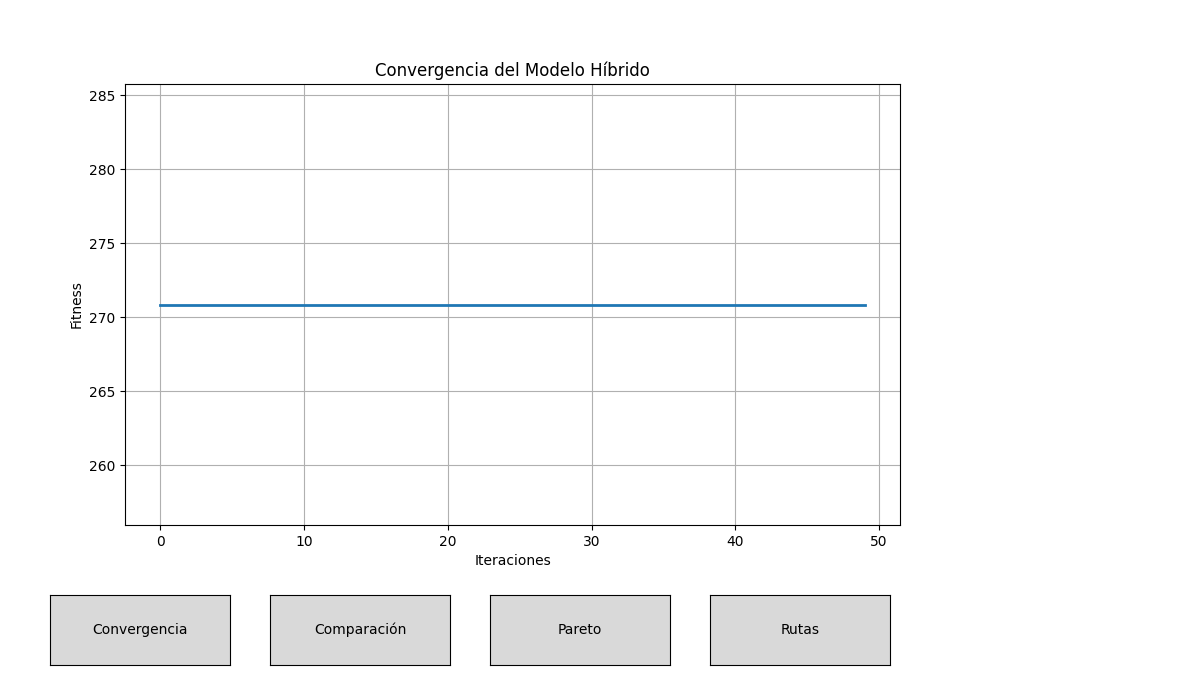
Repository: RIAJ15/IntelRR-Sistema-de-Optimizacion-basado-en-Algoritmos-Metaheuristicos-Hibridos
Script's output: python main.py
An editor plug-in stored every save of this project. The script's output is shown before and after the next save, followed by the edit.
Random numbers start from a fixed seed.

Above is the script's output before, as saved 2026-05-16 11:12:37.

### main.py
from data.ciudades import generar_ciudades, calcular_distancia, generar_costo_tiempo
from algorithms.hybrid import modelo_hibrido
from algorithms.nsga2 import nsga2
from visualization.dashboard import Dashboard
from utils.metrics import desviacion_estandar, promedio
from config import *
import time


# ============================================================
# GENERACIÓN DE DATOS DEL PROBLEMA
# ============================================================

# Se generan las ciudades y matrices del problema
ciudades = generar_ciudades(NUM_CIUDADES)
distancia = calcular_distancia(ciudades)
costo, tiempo_m = generar_costo_tiempo(NUM_CIUDADES)


# ============================================================
# PRUEBA INDIVIDUAL PARA VISUALIZACIÓN
# ============================================================

# NSGA-II
inicio = time.time()
frente_nsga, hist_nsga = nsga2(NUM_CIUDADES, distancia, costo, tiempo_m)
tiempo_nsga = time.time() - inicio

# Modelo híbrido
inicio = time.time()
frente_hibrido, hist_hibrido = modelo_hibrido(NUM_CIUDADES, distancia, costo, tiempo_m)
tiempo_hibrido = time.time() - inicio


# ============================================================
# BENCHMARKING (PRUEBAS REPETIDAS)
# ============================================================

"""
Se ejecutan múltiples pruebas para obtener métricas más confiables
y evitar conclusiones basadas en una sola ejecución.
"""

NUM_PRUEBAS = 10

tiempos_nsga = []
tiempos_hibrido = []

fitness_nsga = []
fitness_hibrido = []

for _ in range(NUM_PRUEBAS):

    # -------------------------
    # NSGA-II
    # -------------------------
    inicio = time.time()
    frente, _ = nsga2(NUM_CIUDADES, distancia, costo, tiempo_m)
    tiempos_nsga.append(time.time() - inicio)

    mejor_nsga = min(sum(r["fitness"]) for r in frente)
    fitness_nsga.append(mejor_nsga)

    # -------------------------
    # HÍBRIDO
    # -------------------------
    inicio = time.time()
    frente, _ = modelo_hibrido(NUM_CIUDADES, distancia, costo, tiempo_m)
    tiempos_hibrido.append(time.time() - inicio)

    mejor_h = min(sum(r["fitness"]) for r in frente)
    fitness_hibrido.append(mejor_h)


# ============================================================
# RESULTADOS
# ============================================================

print("\n=== RESULTADOS NSGA-II ===")
for r in frente_nsga:
    print(r["fitness"])

print("\n=== RESULTADOS MODELO HÍBRIDO ===")
for r in frente_hibrido:
    print(r["fitness"])


# ============================================================
# MÉTRICAS DE RENDIMIENTO
# ============================================================

print("\n========== MÉTRICAS ==========")

print("Tiempo promedio NSGA-II:", promedio(tiempos_nsga))
print("Tiempo promedio Híbrido:", promedio(tiempos_hibrido))

print("Mejor fitness promedio NSGA-II:", promedio(fitness_nsga))
print("Mejor fitness promedio Híbrido:", promedio(fitness_hibrido))

print("Desviación estándar NSGA-II:", desviacion_estandar(fitness_nsga))
print("Desviación estándar Híbrido:", desviacion_estandar(fitness_hibrido))


# ============================================================
# DASHBOARD INTERACTIVO
# ============================================================

Dashboard(
    hist_nsga,
    hist_hibrido,
    frente_hibrido,
    ciudades
)

### data/ciudades.py
import random
import math

import random
import math


def generar_ciudades(n):
    """
    Genera ciudades distribuidas tipo cuadrícula urbana.
    """

    ciudades = []

    columnas = int(math.sqrt(n))
    espacio = 20

    for i in range(n):
        fila = i // columnas
        columna = i % columnas

        x = columna * espacio + random.uniform(-3, 3)
        y = fila * espacio + random.uniform(-3, 3)

        ciudades.append((x, y))

    return ciudades

def calcular_distancia(ciudades):
    """
    Calcula la distancia entre todas las ciudades usando distancia euclidiana.

    Parámetros:
        ciudades (list): Lista de coordenadas.

    Retorna:
        list[list]: Matriz de distancias.
    """
    n = len(ciudades)
    matriz = [[0]*n for _ in range(n)]

    for i in range(n):
        for j in range(n):
            x1, y1 = ciudades[i]
            x2, y2 = ciudades[j]
            matriz[i][j] = math.sqrt((x1 - x2)**2 + (y1 - y2)**2)

    return matriz

def generar_costo_tiempo(n):
    """
    Genera matrices de costo y tiempo de forma aleatoria.

    Parámetros:
        n (int): Número de ciudades.

    Retorna:
        tuple: (costo, tiempo)
    """
    costo = [[random.uniform(1, 10) for _ in range(n)] for _ in range(n)]
    tiempo = [[random.uniform(1, 10) for _ in range(n)] for _ in range(n)]

    return costo, tiempo

### algorithms/hybrid.py
from algorithms.nsga2 import nsga2
from algorithms.pso import pso_mejorar

# =========================
# MODELO HÍBRIDO
# =========================
def modelo_hibrido(n, distancia, costo, tiempo):
    """
    Ejecuta el modelo híbrido NSGA-II + PSO.

    Flujo:
    1. Se obtiene un conjunto de soluciones con NSGA-II.
    2. Se refinan esas soluciones utilizando PSO.

    Parámetros:
        n (int): Número de ciudades.
        distancia (matrix): Matriz de distancias.
        costo (matrix): Matriz de costos.
        tiempo (matrix): Matriz de tiempos.

    Retorna:
        tuple:
            - soluciones mejoradas
            - historial de convergencia
    """
    # =========================
    # FASE 1: NSGA-II
    # =========================
    frente, historial = nsga2(n, distancia, costo, tiempo)

    # =========================
    # FASE 2: PSO (REFINAMIENTO)
    # =========================
    mejorado = pso_mejorar(frente, distancia, costo, tiempo)

    return mejorado, historial

### algorithms/nsga2.py
import random
from utils.fitness import evaluar_ruta
from utils.pareto import clasificar_pareto
from config import *

# =========================
# CREACIÓN DE INDIVIDUO
# =========================
def crear_individuo(n):
    """Genera una ruta aleatoria."""
    ruta = list(range(n))
    random.shuffle(ruta)
    return ruta

# =========================
# CREACIÓN DE POBLACIÓN
# =========================
def crear_poblacion(n, size):
    """Genera la población inicial."""
    return [crear_individuo(n) for _ in range(size)]

# =========================
# EVALUACIÓN DE POBLACIÓN
# =========================
def evaluar_poblacion(poblacion, distancia, costo, tiempo):
    """Evalúa cada individuo con la función de fitness."""
    individuos = []
    for ruta in poblacion:
        fitness = evaluar_ruta(ruta, distancia, costo, tiempo)
        individuos.append({
            "ruta": ruta,
            "fitness": fitness
        })
    return individuos

# =========================
# CRUCE
# =========================
def cruce(padre1, padre2):
    """Combina dos individuos para generar uno nuevo."""
    punto = random.randint(1, len(padre1)-2)
    hijo = padre1[:punto]

    for gen in padre2:
        if gen not in hijo:
            hijo.append(gen)

    return hijo

# =========================
# MUTACIÓN
# =========================
def mutacion(ruta):
    """Realiza un intercambio aleatorio en la ruta."""
    if random.random() < PROB_MUTACION:
        i, j = random.sample(range(len(ruta)), 2)
        ruta[i], ruta[j] = ruta[j], ruta[i]
    return ruta

# =========================
# GENERAR NUEVA POBLACIÓN
# =========================
def generar_nueva_poblacion(poblacion):
    """Genera nueva población aplicando cruce y mutación."""
    nueva = []

    if len(poblacion) < 2:
        return [poblacion[0]["ruta"][:] for _ in range(POBLACION_SIZE)]

    while len(nueva) < POBLACION_SIZE:
        p1, p2 = random.sample(poblacion, 2)
        hijo = cruce(p1["ruta"], p2["ruta"])
        hijo = mutacion(hijo)
        nueva.append(hijo)

    return nueva

# =========================
# ALGORITMO NSGA-II
# =========================
def nsga2(n, distancia, costo, tiempo):
    """
    Ejecuta NSGA-II con elitismo y evaluación multiobjetivo.
    """

    poblacion = crear_poblacion(n, POBLACION_SIZE)
    historial = []

    for _ in range(GENERACIONES):

        # Evaluación
        evaluados = evaluar_poblacion(poblacion, distancia, costo, tiempo)

        # Clasificación por Pareto
        frentes = clasificar_pareto(evaluados)
        mejor_frente = frentes[0]

        # Registro de convergencia
        historial.append(min(f["fitness"][0] for f in mejor_frente))

        # =========================
        # ELITISMO
        # =========================

        elite = mejor_frente
        elite = sorted(elite, key=lambda x: sum(x["fitness"]))

        nueva = generar_nueva_poblacion(evaluados)

        elite_rutas = [e["ruta"] for e in elite]

        if len(elite_rutas) >= POBLACION_SIZE:
            poblacion = elite_rutas[:POBLACION_SIZE]
        else:
            poblacion = elite_rutas + nueva[:POBLACION_SIZE - len(elite_rutas)]

    return frentes[0], historial

### utils/fitness.py
def evaluar_ruta(ruta, distancia, costo, tiempo):
    """
    Evalúa una ruta en términos de distancia, costo y tiempo.

    Parámetros:
        ruta (list): orden de ciudades
        distancia (matrix)
        costo (matrix)
        tiempo (matrix)

    Retorna:
        tuple: (distancia_total, costo_total, tiempo_total)
    """

    dist_total = 0
    costo_total = 0
    tiempo_total = 0

    for i in range(len(ruta) - 1):
        a = ruta[i]
        b = ruta[i + 1]

        dist_total += distancia[a][b]
        costo_total += costo[a][b]
        tiempo_total += tiempo[a][b]

    return dist_total, costo_total, tiempo_total

### utils/pareto.py
def domina(a, b):
    """
    Verifica si la solución a domina a b
    """
    return all(x <= y for x, y in zip(a, b)) and any(x < y for x, y in zip(a, b))

def clasificar_pareto(poblacion):
    """
    Clasifica soluciones en frentes de Pareto
    """
    frentes = []
    poblacion_restante = poblacion[:]

    while poblacion_restante:
        frente = []
        for p in poblacion_restante:
            if not any(domina(q['fitness'], p['fitness']) for q in poblacion_restante):
                frente.append(p)

        frentes.append(frente)
        poblacion_restante = [p for p in poblacion_restante if p not in frente]

    return frentes

### config.py
# =========================
# PARÁMETROS DEL PROBLEMA
# =========================

# Número de ciudades (tamaño del problema)
NUM_CIUDADES = 10

# =========================
# PARÁMETROS DEL ALGORITMO GENÉTICO (NSGA-II)
# =========================

# Tamaño de la población
POBLACION_SIZE = 20

# Número de generaciones (iteraciones)
GENERACIONES = 50

# Probabilidad de cruce entre individuos
PROB_CRUCE = 0.8

# Probabilidad de mutación (intercambio de genes)
PROB_MUTACION = 0.2

# =========================
# PARÁMETROS DEL PSO (ENJAMBRE)
# =========================

# Peso de inercia (influencia del estado actual)
W = 0.5

# Coeficiente cognitivo (influencia de la mejor solución individual - pBest)
C1 = 1.5

# Coeficiente social (influencia de la mejor solución global - gBest)
C2 = 1.5

### algorithms/pso.py
import random
from utils.fitness import evaluar_ruta
from config import W, C1, C2


def obtener_swaps(ruta1, ruta2):
    """
    Genera una secuencia de swaps para transformar ruta1 en ruta2.
    """
    swaps = []
    r1 = ruta1[:]
    for i in range(len(r1)):
        if r1[i] != ruta2[i]:
            j = r1.index(ruta2[i])
            swaps.append((i, j))
            r1[i], r1[j] = r1[j], r1[i]
    return swaps


def aplicar_swaps(ruta, swaps):
    """
    Aplica una lista de swaps a una ruta.
    """
    nueva = ruta[:]
    for i, j in swaps:
        nueva[i], nueva[j] = nueva[j], nueva[i]
    return nueva


def pso_mejorar(soluciones, distancia, costo, tiempo):
    """
    PSO adaptado a problema discreto usando swaps como "velocidad".
    """

    particulas = []

    # Inicialización
    for s in soluciones:
        particulas.append({
            "ruta": s["ruta"][:],
            "fitness": s["fitness"],
            "pbest": s["ruta"][:],
            "pbest_fit": s["fitness"],
            "velocidad": []  # lista de swaps
        })

    # Mejor global
    gbest = min(particulas, key=lambda x: sum(x["fitness"]))

    for _ in range(10):
        for p in particulas:

            # ===== ECUACIÓN DE VELOCIDAD (ADAPTADA) =====
            # v = w*v + c1*(pBest - x) + c2*(gBest - x)

            swaps_pbest = obtener_swaps(p["ruta"], p["pbest"])
            swaps_gbest = obtener_swaps(p["ruta"], gbest["ruta"])

            nueva_velocidad = []

            # Inercia
            for swap in p["velocidad"]:
                if random.random() < W:
                    nueva_velocidad.append(swap)

            # Componente cognitivo
            for swap in swaps_pbest:
                if random.random() < C1:
                    nueva_velocidad.append(swap)

            # Componente social
            for swap in swaps_gbest:
                if random.random() < C2:
                    nueva_velocidad.append(swap)

            p["velocidad"] = nueva_velocidad

            # ===== ECUACIÓN DE POSICIÓN =====
            # x = x + v

            nueva_ruta = aplicar_swaps(p["ruta"], p["velocidad"])

            nuevo_fit = evaluar_ruta(nueva_ruta, distancia, costo, tiempo)

            # Actualizar estado
            p["ruta"] = nueva_ruta
            p["fitness"] = nuevo_fit

            # Actualizar pBest
            if sum(nuevo_fit) < sum(p["pbest_fit"]):
                p["pbest"] = nueva_ruta[:]
                p["pbest_fit"] = nuevo_fit

        # Actualizar gBest
        gbest = min(particulas, key=lambda x: sum(x["fitness"]))

    return [{"ruta": p["ruta"], "fitness": p["fitness"]} for p in particulas]

### visualization/dashboard.py
import matplotlib.pyplot as plt
from matplotlib.widgets import Button


class Dashboard:
    def __init__(self, hist_nsga, hist_hibrido, frente, ciudades):
        self.hist_nsga = hist_nsga
        self.hist_hibrido = hist_hibrido
        self.frente = frente
        self.ciudades = ciudades

        self.fig, self.ax = plt.subplots(figsize=(10, 7))
        plt.subplots_adjust(bottom=0.25)

        # Botones
        ax_btn1 = plt.axes([0.05, 0.05, 0.18, 0.1])
        ax_btn2 = plt.axes([0.27, 0.05, 0.18, 0.1])
        ax_btn3 = plt.axes([0.49, 0.05, 0.18, 0.1])
        ax_btn4 = plt.axes([0.71, 0.05, 0.18, 0.1])

        self.btn1 = Button(ax_btn1, 'Convergencia')
        self.btn2 = Button(ax_btn2, 'Comparación')
        self.btn3 = Button(ax_btn3, 'Pareto')
        self.btn4 = Button(ax_btn4, 'Rutas')

        self.btn1.on_clicked(self.mostrar_convergencia)
        self.btn2.on_clicked(self.mostrar_comparacion)
        self.btn3.on_clicked(self.mostrar_pareto)
        self.btn4.on_clicked(self.mostrar_rutas)

        self.mostrar_convergencia(None)

        plt.show()

    def limpiar(self):
        self.ax.clear()

    def mostrar_convergencia(self, event):
        self.limpiar()

        self.ax.plot(self.hist_hibrido, linewidth=2)
        self.ax.set_title("Convergencia del Modelo Híbrido")
        self.ax.set_xlabel("Iteraciones")
        self.ax.set_ylabel("Fitness")
        self.ax.grid(True)

        self.fig.canvas.draw()

    def mostrar_comparacion(self, event):
        self.limpiar()

        self.ax.plot(self.hist_nsga, label="NSGA-II", linewidth=2)
        self.ax.plot(self.hist_hibrido, label="Híbrido", linewidth=2)

        self.ax.set_title("Comparación de Convergencia")
        self.ax.set_xlabel("Iteraciones")
        self.ax.set_ylabel("Fitness")
        self.ax.legend()
        self.ax.grid(True)

        self.fig.canvas.draw()

    def mostrar_pareto(self, event):
        """
        Pareto corregido.
        """
        self.limpiar()

        if not self.frente:
            return

        x = [sol["fitness"][0] for sol in self.frente]
        y = [sol["fitness"][1] for sol in self.frente]

        self.ax.scatter(x, y, s=100)

        for i, (xi, yi) in enumerate(zip(x, y)):
            self.ax.text(xi, yi, f"S{i}", fontsize=8)

        self.ax.set_title("Frente de Pareto")
        self.ax.set_xlabel("Distancia")
        self.ax.set_ylabel("Costo")
        self.ax.grid(True)

        self.fig.canvas.draw()

    def ruta_ortogonal(self, ruta):
        """
        Convierte una ruta en trazos tipo calles (horizontal + vertical).
        """
        xs = []
        ys = []

        for i in range(len(ruta) - 1):
            x1, y1 = self.ciudades[ruta[i]]
            x2, y2 = self.ciudades[ruta[i + 1]]

            xs.extend([x1, x2, x2])
            ys.extend([y1, y1, y2])

        return xs, ys

    def mostrar_rutas(self, event):
        """
        Muestra múltiples rutas y resalta la mejor.
        """
        self.limpiar()

        # dibujar ciudades
        x_ciudades = [c[0] for c in self.ciudades]
        y_ciudades = [c[1] for c in self.ciudades]

        self.ax.scatter(x_ciudades, y_ciudades, s=120)

        for i, (x, y) in enumerate(self.ciudades):
            self.ax.text(x, y, str(i), fontsize=9)

        # rutas candidatas
        for sol in self.frente[:5]:
            xs, ys = self.ruta_ortogonal(sol["ruta"])
            self.ax.plot(xs, ys, alpha=0.3)

        # mejor solución
        mejor = min(self.frente, key=lambda s: sum(s["fitness"]))
        xs, ys = self.ruta_ortogonal(mejor["ruta"])

        self.ax.plot(xs, ys, linewidth=3, label="Mejor ruta")

        self.ax.set_title("Rutas Candidatas y Mejor Solución")
        self.ax.legend()
        self.ax.grid(True)

        self.fig.canvas.draw()

### utils/metrics.py
import time
import numpy as np

def medir_tiempo(func):
    """
    Mide el tiempo de ejecución de una función.

    Parámetros:
        func (function): Función a evaluar.

    Retorna:
        tuple:
            - resultado de la función
            - tiempo de ejecución en segundos
    """
    inicio = time.time()
    resultado = func()
    fin = time.time()
    return resultado, fin - inicio

def desviacion_estandar(valores):
    """
    Calcula la desviación estándar de un conjunto de valores.

    Esta métrica permite evaluar la estabilidad y robustez del algoritmo
    a través de múltiples ejecuciones.

    Parámetros:
        valores (list): Lista de valores numéricos.

    Retorna:
        float: Desviación estándar.
    """
    return np.std(valores)


def promedio(valores):
    """
    Calcula el promedio de un conjunto de valores.

    Parámetros:
        valores (list): Lista de valores numéricos.

    Retorna:
        float: Valor promedio.
    """
    return np.mean(valores)

After the next save:
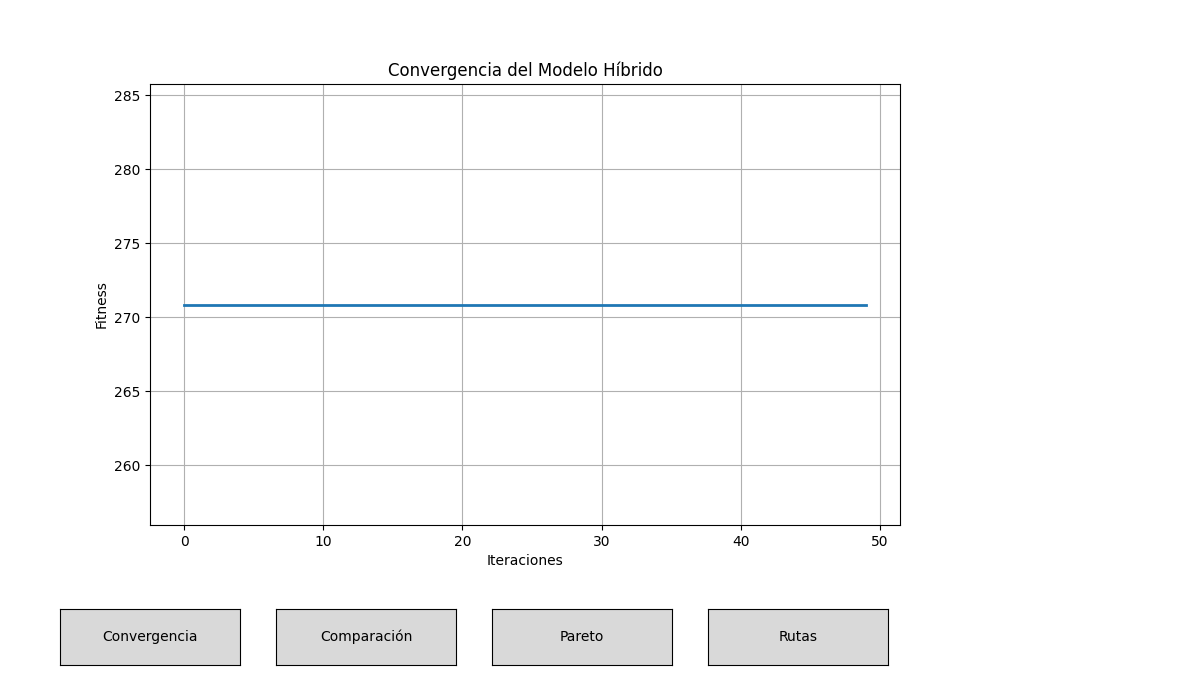
Saved 7 min 56 s later.
--- a/visualization/dashboard.py
+++ b/visualization/dashboard.py
@@ -3,20 +3,26 @@ from matplotlib.widgets import Button
 
 
 class Dashboard:
+    """
+    Dashboard interactivo para visualización del proyecto.
+    """
+
     def __init__(self, hist_nsga, hist_hibrido, frente, ciudades):
         self.hist_nsga = hist_nsga
         self.hist_hibrido = hist_hibrido
         self.frente = frente
         self.ciudades = ciudades
 
-        self.fig, self.ax = plt.subplots(figsize=(10, 7))
-        plt.subplots_adjust(bottom=0.25)
+        self.fig, self.ax = plt.subplots(figsize=(12, 7))
+        plt.subplots_adjust(bottom=0.25, right=0.75)
 
-        # Botones
-        ax_btn1 = plt.axes([0.05, 0.05, 0.18, 0.1])
-        ax_btn2 = plt.axes([0.27, 0.05, 0.18, 0.1])
-        ax_btn3 = plt.axes([0.49, 0.05, 0.18, 0.1])
-        ax_btn4 = plt.axes([0.71, 0.05, 0.18, 0.1])
+        # =========================
+        # BOTONES
+        # =========================
+        ax_btn1 = plt.axes([0.05, 0.05, 0.15, 0.08])
+        ax_btn2 = plt.axes([0.23, 0.05, 0.15, 0.08])
+        ax_btn3 = plt.axes([0.41, 0.05, 0.15, 0.08])
+        ax_btn4 = plt.axes([0.59, 0.05, 0.15, 0.08])
 
         self.btn1 = Button(ax_btn1, 'Convergencia')
         self.btn2 = Button(ax_btn2, 'Comparación')
@@ -61,9 +67,6 @@ class Dashboard:
         self.fig.canvas.draw()
 
     def mostrar_pareto(self, event):
-        """
-        Pareto corregido.
-        """
         self.limpiar()
 
         if not self.frente:
@@ -75,7 +78,7 @@ class Dashboard:
         self.ax.scatter(x, y, s=100)
 
         for i, (xi, yi) in enumerate(zip(x, y)):
-            self.ax.text(xi, yi, f"S{i}", fontsize=8)
+            self.ax.text(xi, yi, f"Ruta {i+1}", fontsize=8)
 
         self.ax.set_title("Frente de Pareto")
         self.ax.set_xlabel("Distancia")
@@ -86,7 +89,7 @@ class Dashboard:
 
     def ruta_ortogonal(self, ruta):
         """
-        Convierte una ruta en trazos tipo calles (horizontal + vertical).
+        Genera trazos tipo calles (horizontal + vertical).
         """
         xs = []
         ys = []
@@ -101,12 +104,9 @@ class Dashboard:
         return xs, ys
 
     def mostrar_rutas(self, event):
-        """
-        Muestra múltiples rutas y resalta la mejor.
-        """
         self.limpiar()
 
-        # dibujar ciudades
+        # Dibujar ciudades
         x_ciudades = [c[0] for c in self.ciudades]
         y_ciudades = [c[1] for c in self.ciudades]
 
@@ -115,19 +115,48 @@ class Dashboard:
         for i, (x, y) in enumerate(self.ciudades):
             self.ax.text(x, y, str(i), fontsize=9)
 
-        # rutas candidatas
-        for sol in self.frente[:5]:
+        # Dibujar rutas candidatas
+        candidatas = self.frente[:5]
+
+        for sol in candidatas:
             xs, ys = self.ruta_ortogonal(sol["ruta"])
             self.ax.plot(xs, ys, alpha=0.3)
 
-        # mejor solución
+        # Mejor solución
         mejor = min(self.frente, key=lambda s: sum(s["fitness"]))
         xs, ys = self.ruta_ortogonal(mejor["ruta"])
 
-        self.ax.plot(xs, ys, linewidth=3, label="Mejor ruta")
+        self.ax.plot(xs, ys, linewidth=3, label="Mejor Ruta")
 
         self.ax.set_title("Rutas Candidatas y Mejor Solución")
+        self.ax.grid(True)
         self.ax.legend()
-        self.ax.grid(True)
+
+        # =========================
+        # PANEL LATERAL
+        # =========================
+        distancia = mejor["fitness"][0]
+        costo = mejor["fitness"][1]
+        tiempo = mejor["fitness"][2]
+        total = sum(mejor["fitness"])
+
+        info = (
+            "MODELO UTILIZADO\n"
+            "NSGA-II + PSO\n\n"
+            f"Soluciones mostradas: {len(candidatas)}\n\n"
+            "MEJOR SOLUCIÓN\n"
+            f"Distancia: {distancia:.2f}\n"
+            f"Costo: {costo:.2f}\n"
+            f"Tiempo: {tiempo:.2f}\n\n"
+            f"Fitness total: {total:.2f}"
+        )
+
+        self.fig.text(
+            0.80,
+            0.50,
+            info,
+            fontsize=10,
+            bbox=dict(facecolor='white')
+        )
 
         self.fig.canvas.draw()
